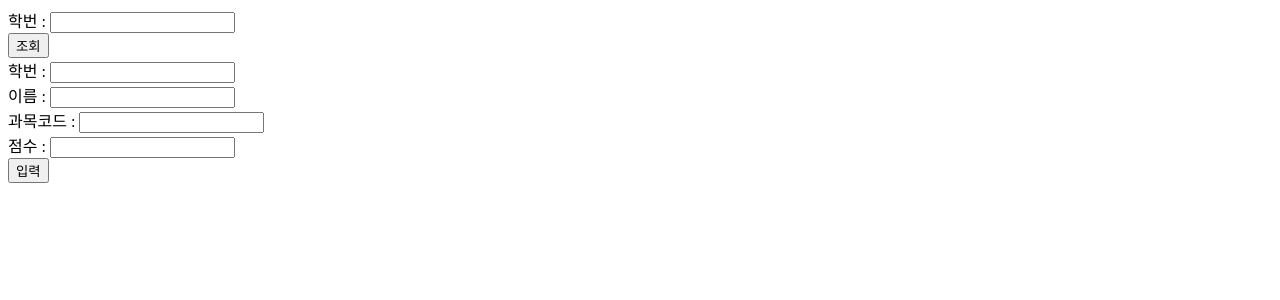
Repository: GitOnibi/jsp
Page: http://localhost/JSPprojec/school/score_input.jsp
These files come from the project's save history. The page is drawn as it stood at one moment and after the next save; the edit follows.
The browser window is 1280 px wide. The pictures show the whole page.
The page is served by Tomcat 9. Other server files are loaded and not shown.

Above is the page before, as saved 2019-01-09 11:03:35.
Console error: SyntaxError: Unexpected token '{'

### JSPprojec/WebContent/school/score_input.jsp
<%@ page language="java" contentType="text/html; charset=UTF-8" pageEncoding="UTF-8"%>
<%@ taglib prefix="c" uri="http://java.sun.com/jsp/jstl/core" %>
<!DOCTYPE html>
<html>
<head>
<meta charset="UTF-8">
<title>Insert title here</title>
</head>
<body>
	<form id="frm01">
		학번 : <input type="number" name="stu_num" id="stu_num1"/><br />
		<input type="button" value="조회" onclick="ref();"/>
	</form>
	<form action="score_check.jsp" method="GET"  id="frm02">
		학번 : <input type="number" name="stu_num" id="stu_num2"/><br />
		이름 : <input type="text" name="stu_name" id="stu_name"/><br />
		과목코드 : <input type="text" name="dep_code" id="dep_code"/><br />
		점수 : <input type="number" name="dep_score" id="dep_score"/><br />
		<input type="submit" value="입력"/>
	</form>
</body>
</html>
<script type="text/javascript">
	var ref = fuction() {
		var num1 = document.querySelector("#stu_num1");
		var num2 = document.querySelector("#stu_num2");
		num2.value = num1.value;
	}
</script>

After the next save:
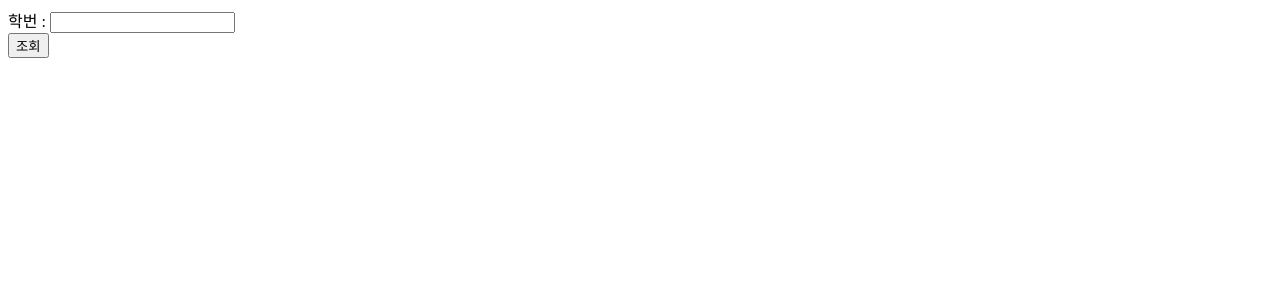
Saved 17 s later.
--- a/JSPprojec/WebContent/school/score_input.jsp
+++ b/JSPprojec/WebContent/school/score_input.jsp
@@ -11,7 +11,7 @@
 		학번 : <input type="number" name="stu_num" id="stu_num1"/><br />
 		<input type="button" value="조회" onclick="ref();"/>
 	</form>
-	<form action="score_check.jsp" method="GET"  id="frm02">
+	<form action="score_check.jsp" method="GET"  id="frm02" style="display:none;">
 		학번 : <input type="number" name="stu_num" id="stu_num2"/><br />
 		이름 : <input type="text" name="stu_name" id="stu_name"/><br />
 		과목코드 : <input type="text" name="dep_code" id="dep_code"/><br />
